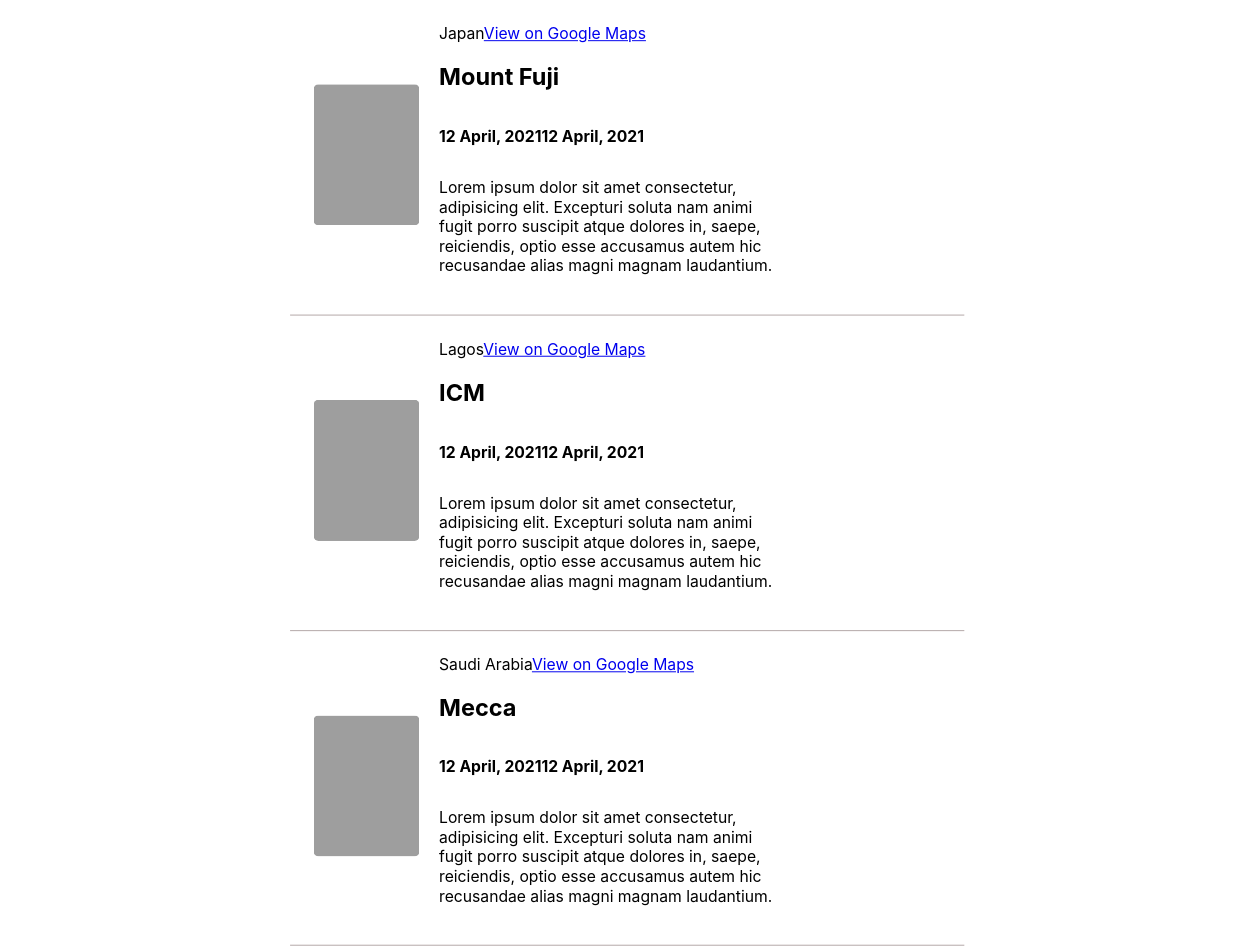
Repository: BuduCE/travel-journal
Page: /
The author's editor kept a copy of each file at every save. The page is drawn from the files as they stood at one save, then again after the next save.
The browser window is 1280 px wide. The pictures show the whole page, at 98% of full size.
Pictures or frames that could not be fetched are drawn as grey boxes. The project was rebuilt for these pictures with package versions that can differ from the ones it lists, and the page was loaded fresh each time. Also part of the build but not shown: src/components/Home/styles.css, src/components/Home/index.jsx.

Above is the page before, as saved 2022-08-25 12:37:49.

After the next save:
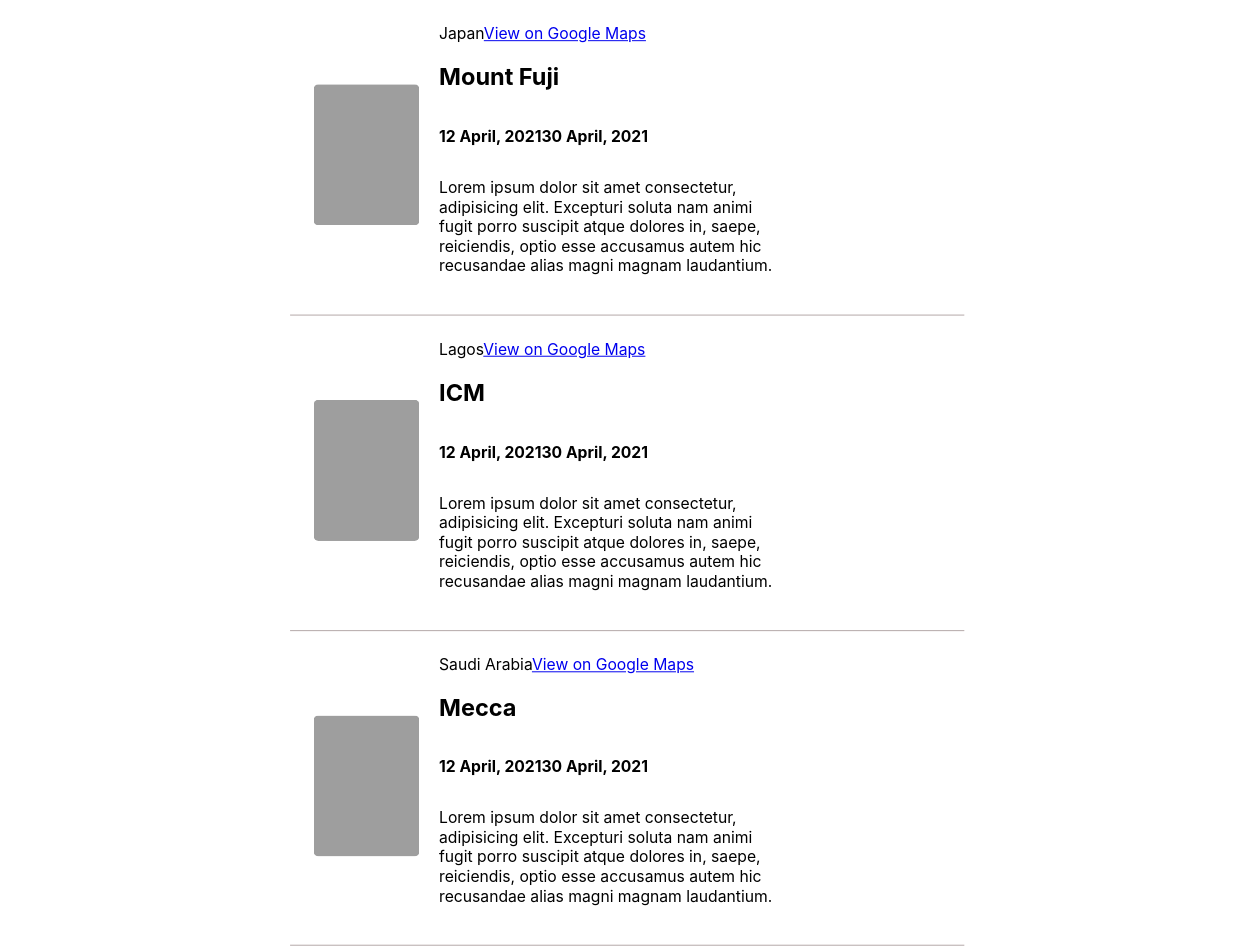
Saved 5 s later.
--- a/src/components/Tour/index.jsx
+++ b/src/components/Tour/index.jsx
@@ -20,7 +20,7 @@
         <h2>{props.title}</h2>
         <div className="tour-data">
           <p><b>{props.startDate}</b></p>
-          <p><b>{props.startDate}</b></p>
+          <p><b>{props.endDate}</b></p>
         </div>
 
         <p className='tour-desc'>
